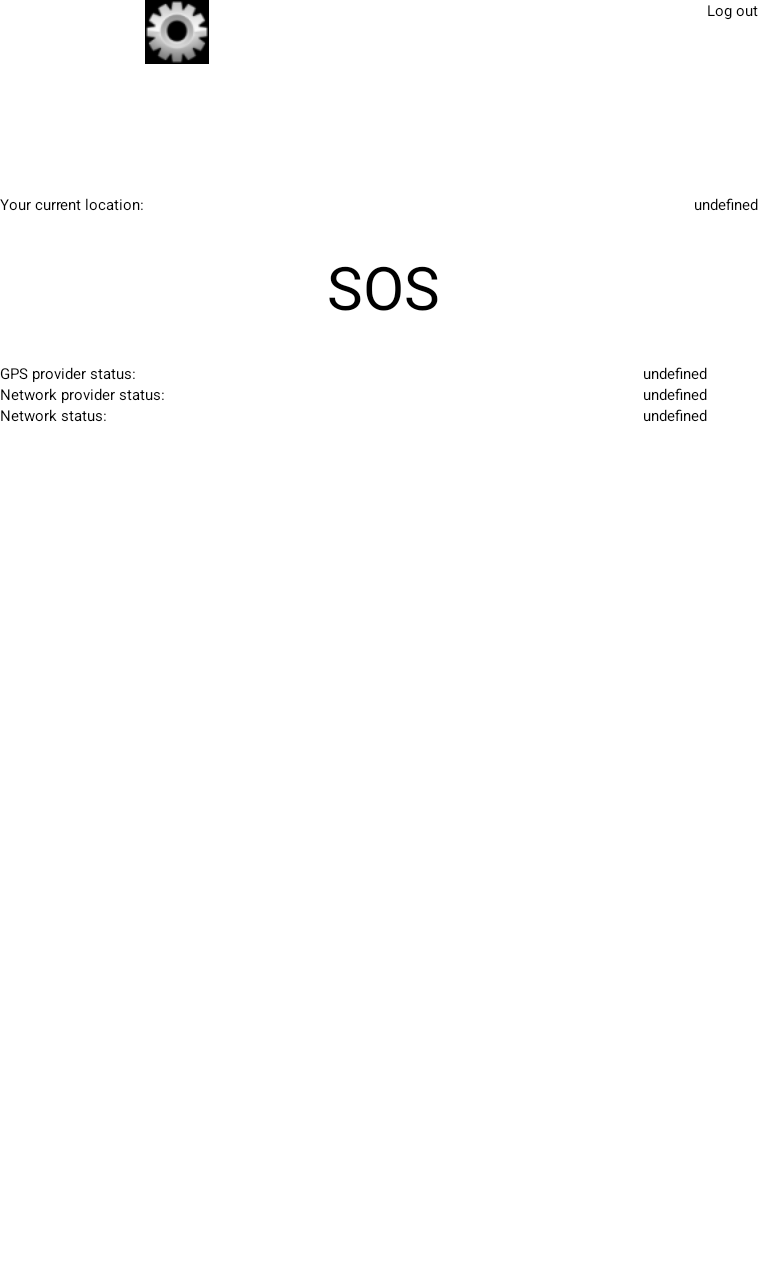
Repository: yuryk53/GTrackerRepository
Layout: GTracker/res/layout/main.xml
An editor plug-in stored every save of this project. The layout is shown before and after the next save, followed by the edit.
It is drawn on a 768 x 1280 px phone screen (xhdpi) without system bars, with theme AppTheme; the app's code is not run. The app's manifest (not shown) leaves right-to-left support off. So textAlignment, textDirection and layoutDirection are ignored, and left and right values win over start and end ones.

Above is the layout before, as saved 2015-11-13 22:26:04.

After the next save:
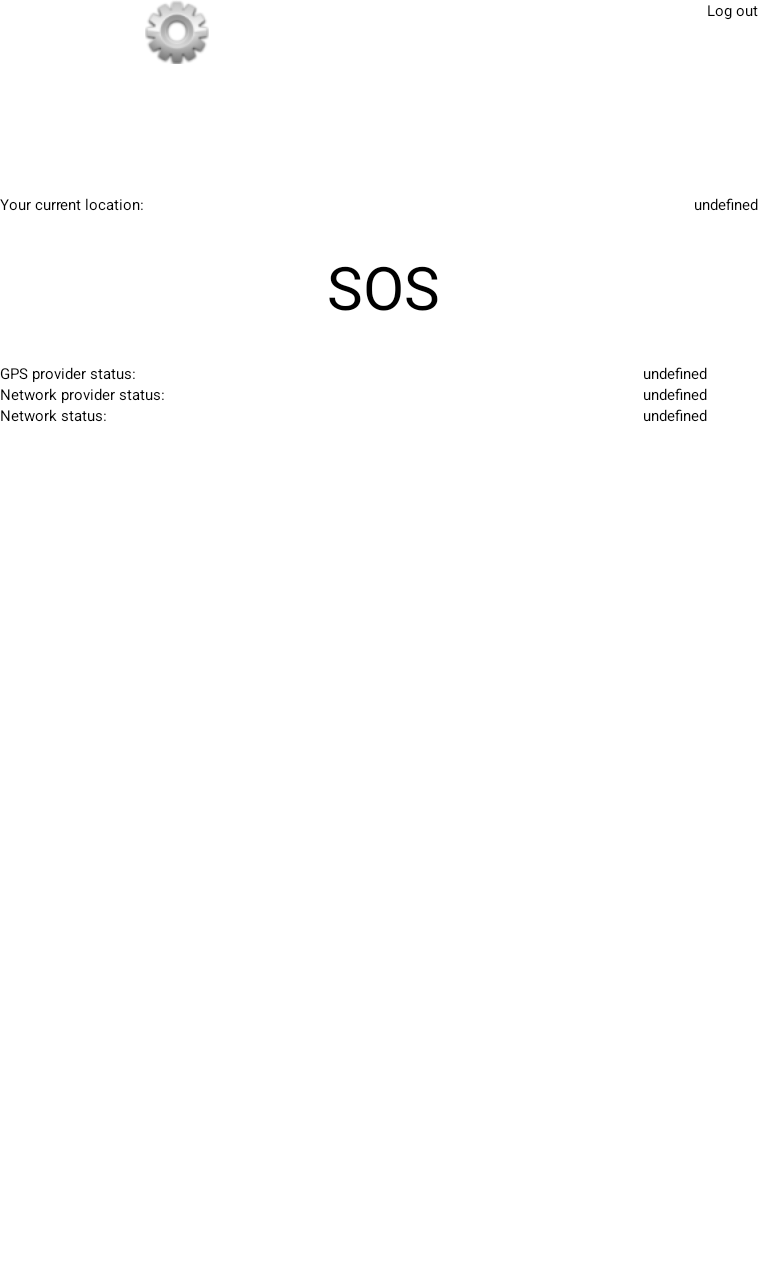
Saved 19 s later.
--- a/GTracker/res/layout/main.xml
+++ b/GTracker/res/layout/main.xml
@@ -122,7 +122,7 @@
         android:layout_height="wrap_content"
         android:layout_alignParentTop="true"
         android:layout_toRightOf="@+id/textView1"
-        android:background="#000000"
+        android:background="#FFFFFF"
         android:src="@drawable/gear" />
 
 </RelativeLayout>
